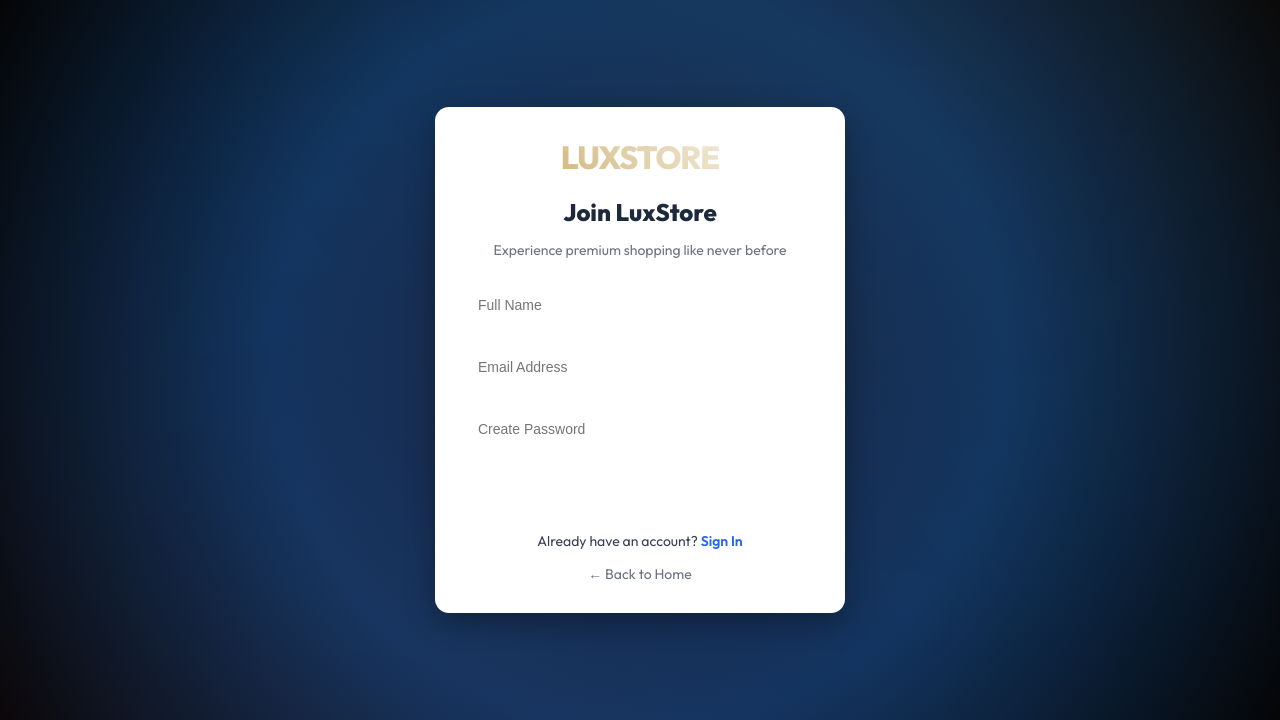
Repository: pradeepkumarh-17/Ecommerce
Page: http://localhost/EcomStore/views/auth/register.jsp
An editor plug-in stored every save of this project. The page is shown before and after the next save, followed by the edit.
The browser window is 1280 px wide. The pictures show the whole page.
Some web libraries are served in a nearby version. The page is served by Tomcat 10.

Above is the page before, as saved 2026-05-04 17:34:14.

After the next save:
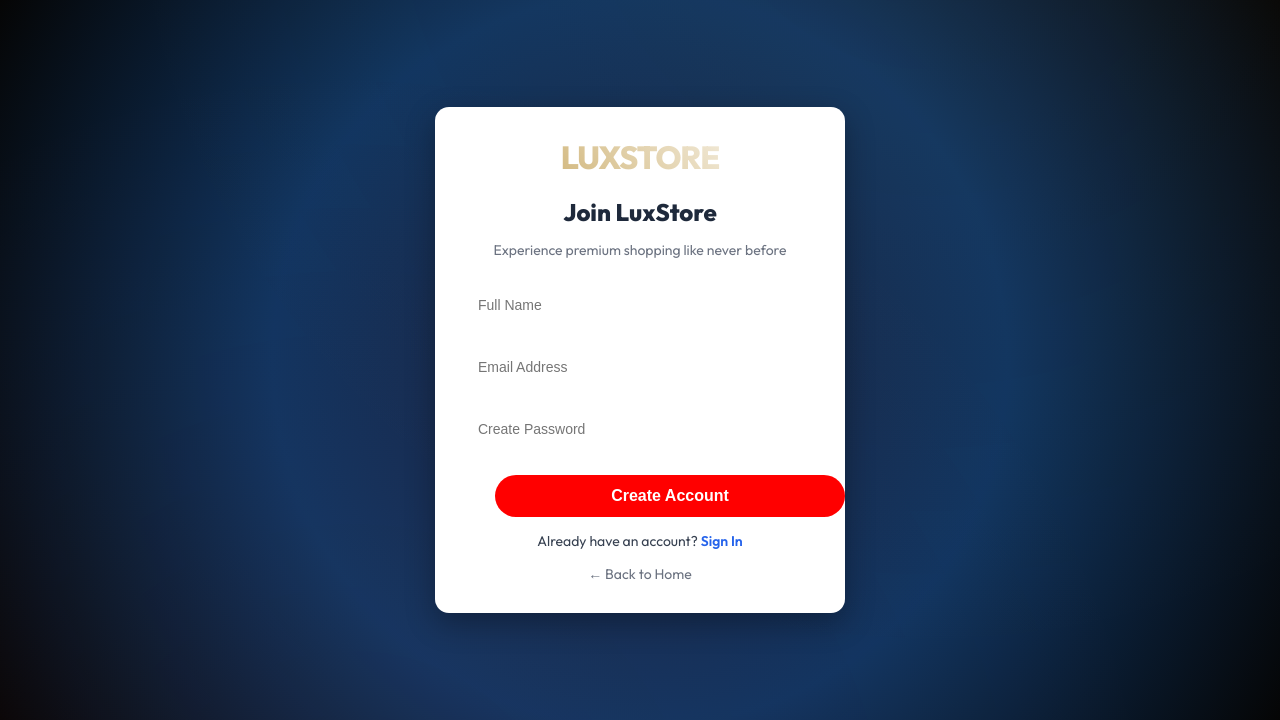
Saved 83 s later.
--- a/EcomStore/src/main/webapp/assets/css/auth.css
+++ b/EcomStore/src/main/webapp/assets/css/auth.css
@@ -205,3 +205,15 @@ body {
     margin-bottom: 10px;
     font-size: 14px;
 }
+
+button,
+.auth-box button,
+.login-btn {
+    background: #ff0000 !important;
+    color: #ffffff !important;
+    opacity: 1 !important;
+    visibility: visible !important;
+    display: block !important;
+    z-index: 9999 !important;
+    position: relative;
+}
